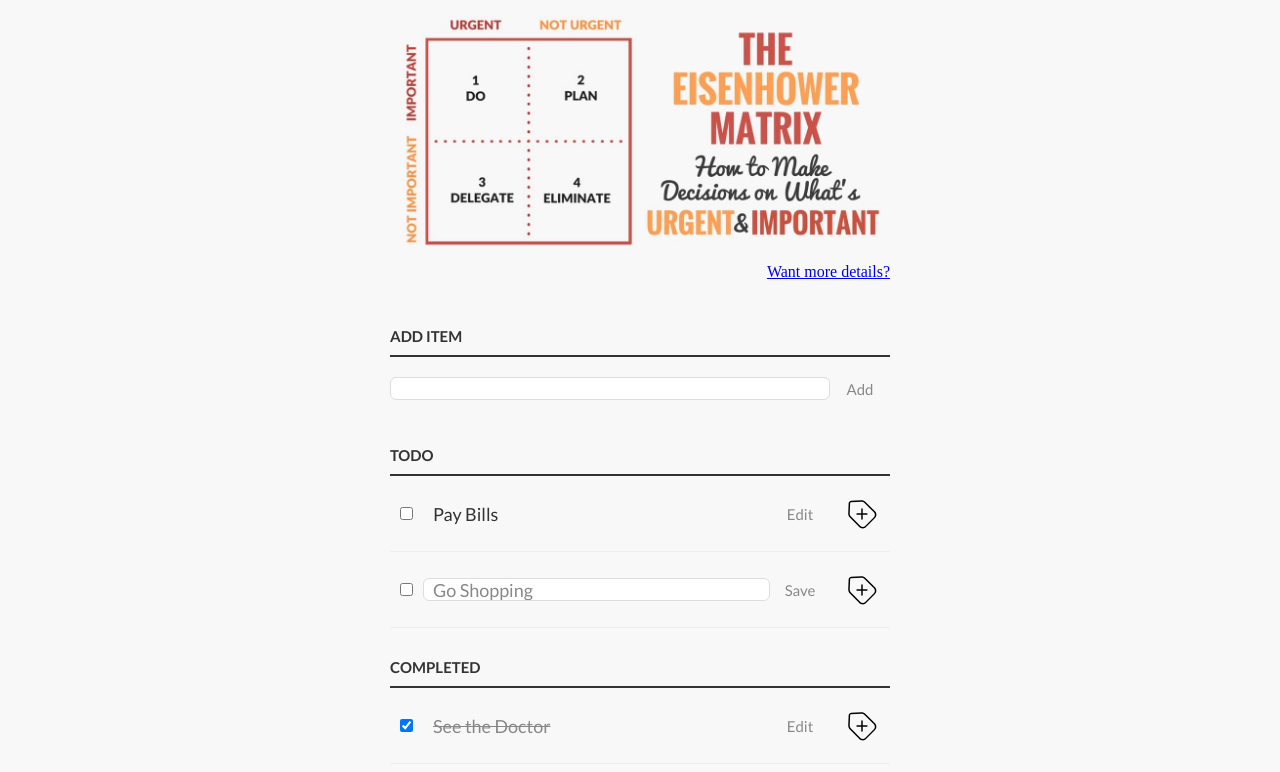
Repository: AlekseyRD88/clean-code-s1e1
Page: index.html
An editor plug-in stored every save of this project. The page is shown before and after the next save, followed by the edit.
The browser window is 1280 px wide. The pictures show the whole page.

Above is the page before, as saved 2024-12-15 13:35:05.

After the next save:
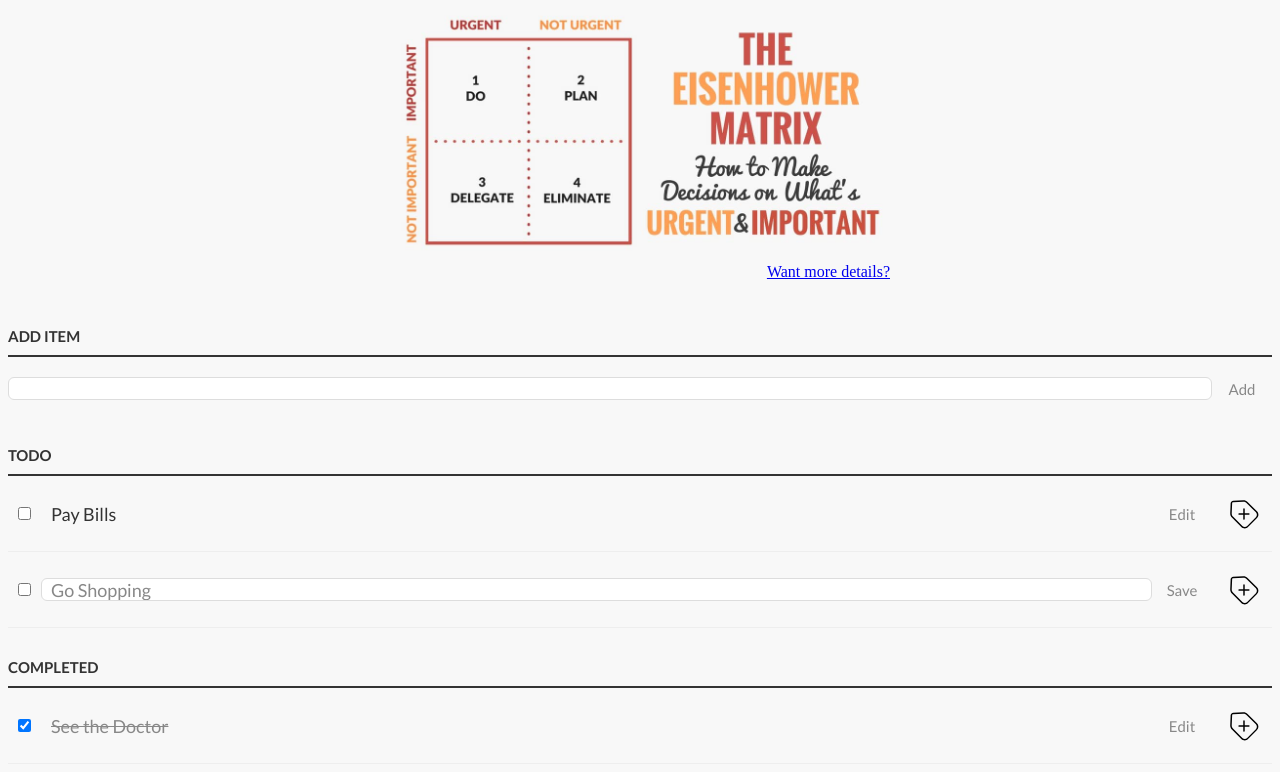
Saved 113 s later.
--- a/index.html
+++ b/index.html
@@ -9,7 +9,7 @@
       <img src="./eisenhower-matrix.jpg" alt="matrix">
       <a class="more-inf" href="https://goal-life.com/page/method/matrix-eisenhower">Want more details?</a>
     </header>
-    <main class="centr-element">
+    <main class="center-element">
       <p id="add-elem">
       <label for="new-task">Add Item</label>
         <div class="task-row-wrapper">

After the save that followed:
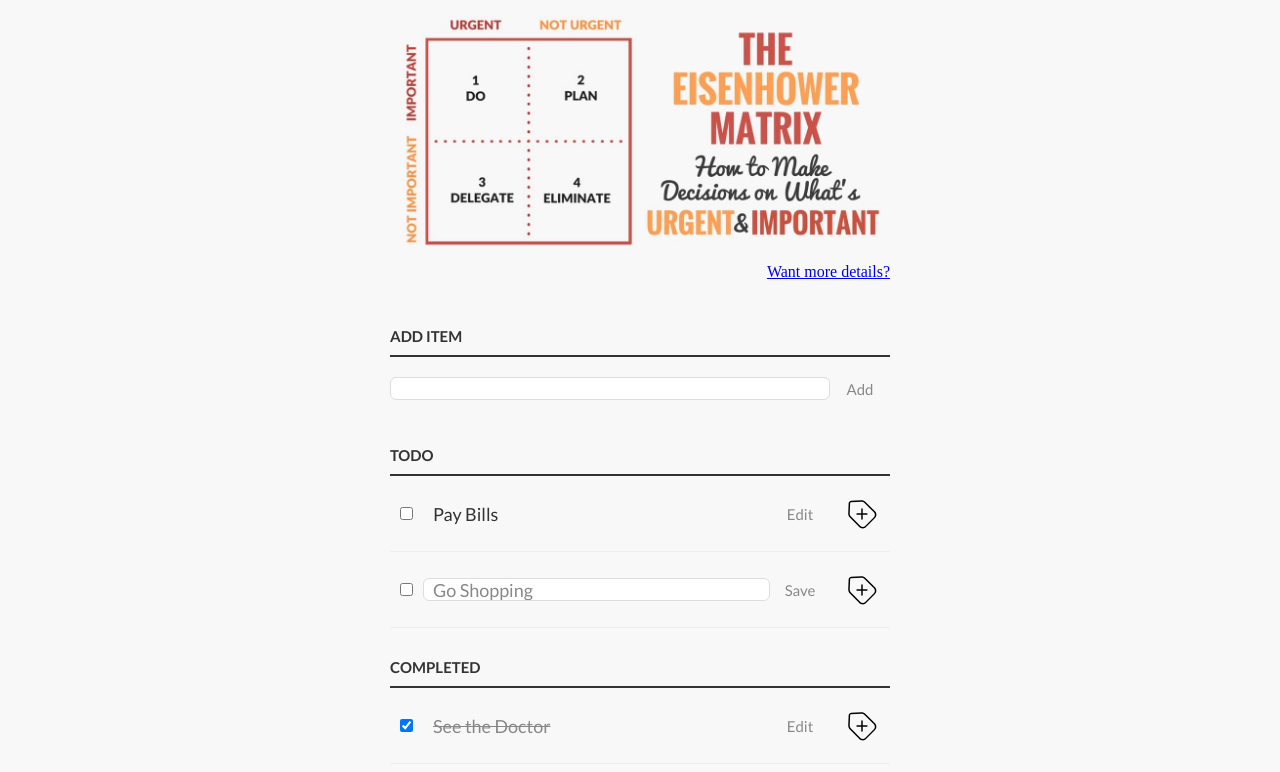
Saved 5 s later.
--- a/style.css
+++ b/style.css
@@ -21,7 +21,7 @@
     text-align: center;
   }
 }
-.centr-element {
+.center-element {
   display: block;
   width: 500px;
   margin: 0 auto 0;
